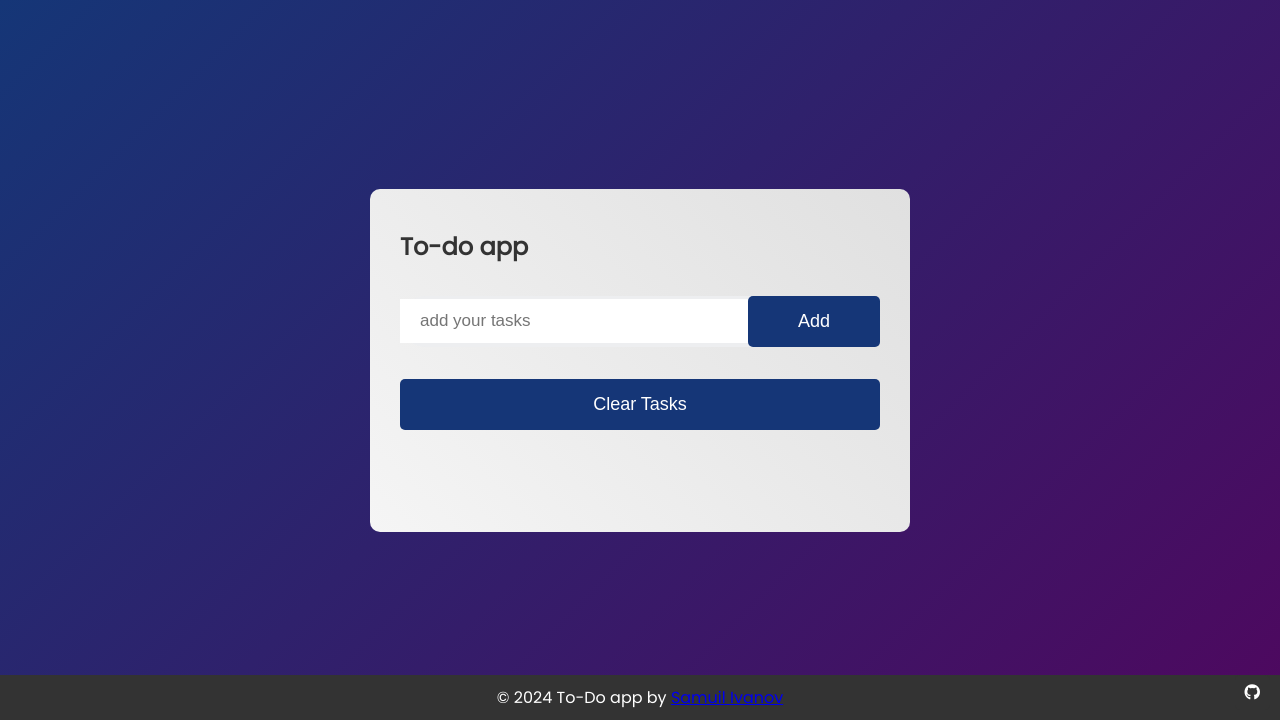
Repository: samoshi/To-do
Page: http://localhost/
These files come from the project's save history. The page is drawn as it stood at one moment and after the next save; the edit follows.
The browser window is 1280 px wide. The pictures show the whole page.
The page is served by the project's application, run on Flask 3 (app/app.py). Queries for data that is not in the repository find no rows.

Above is the page before, as saved 2024-01-14 22:29:45.

After the next save:
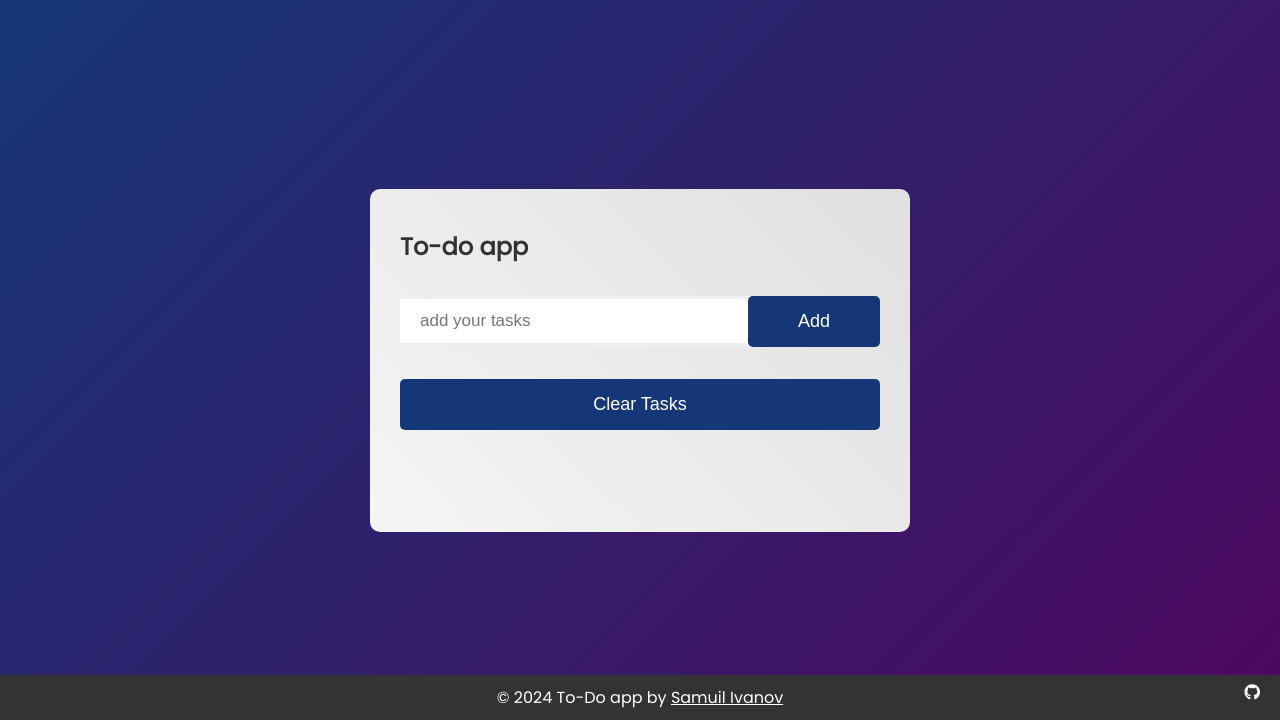
Saved 38 s later.
--- a/app/static/style.css
+++ b/app/static/style.css
@@ -48,6 +48,11 @@ body{
     background-color: #edeef0;
     border-radius: 30px;
 }
+
+a {
+    color: #fff;
+}
+
 input{
     width: 100%;
     border: none;
